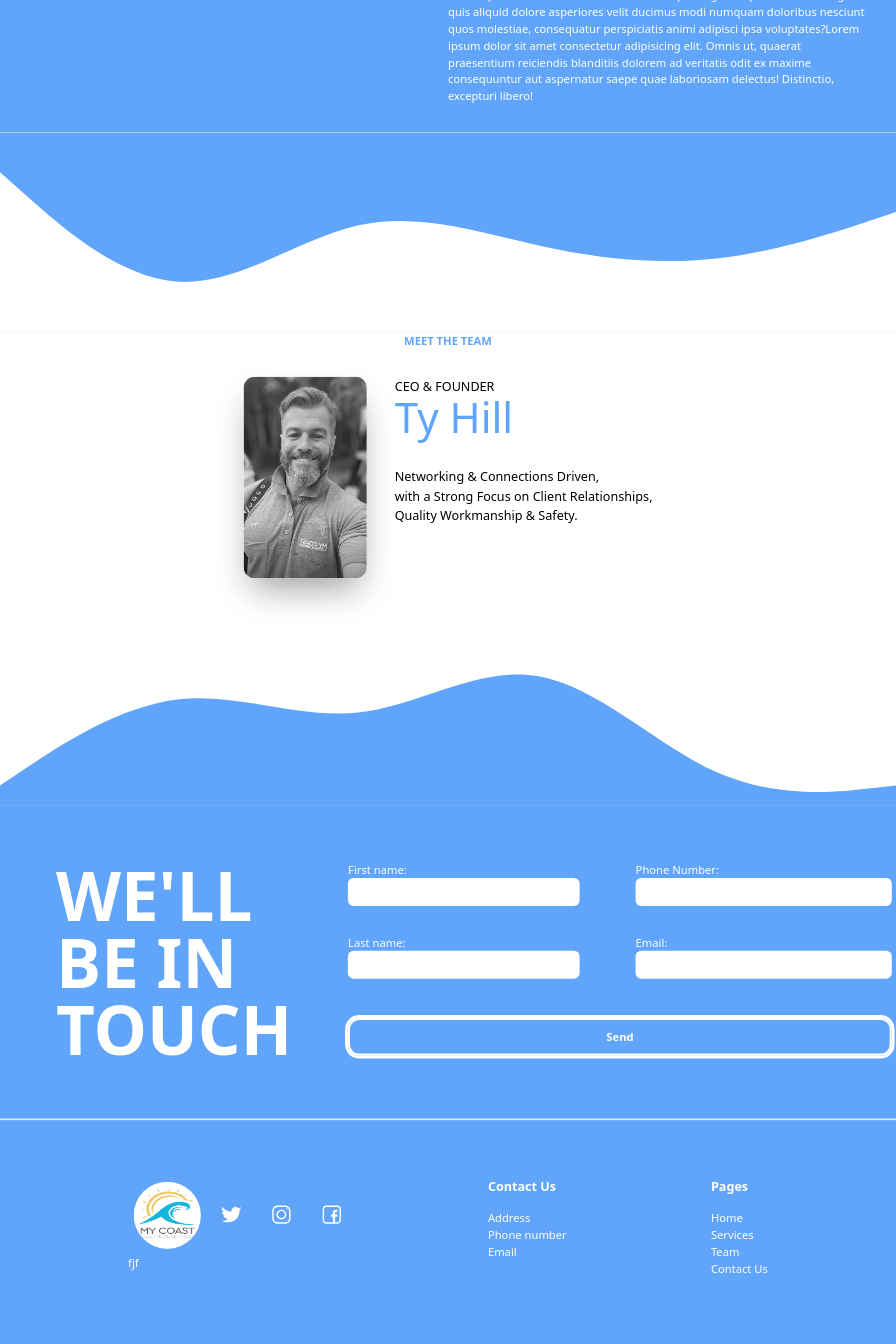
Repository: Jace-Kington/mce-website
Page: /
The author's editor kept a copy of each file at every save. The page is drawn from the files as they stood at one save, then again after the next save.
The browser window is 1280 px wide. The pictures show the part of the page from y = 983 to 2903 px (the page is 2903 px tall), at 70% of full size.
The project was rebuilt for these pictures with package versions that can differ from the ones it lists, and the page was loaded fresh each time. The framework's server and built-in components were replaced by stand-ins that run in the browser. Also part of the build but not shown: next.config.js.

Above is the page before, as saved 2022-11-12 13:09:42.

### pages/index.js

import Navbar from '../components/Navbar'
import Services from '../components/Services'
import MeetUs from '../components/Meet-us'
import ContactUs from '../components/ContactUs'
import Footer from '../components/Footer'

export default function Home() {
  return (
    <div>
      <head>
        <link rel="preconnect" href="https://fonts.googleapis.com"/>
        <link rel="preconnect" href="https://fonts.gstatic.com" crossorigin/>
        <link href="https://fonts.googleapis.com/css2?family=Rubik:ital,wght@0,400;0,500;0,700;0,900;1,800;1,900&display=swap" rel="stylesheet"/>
        <meta name="viewport" content="width=device-width, initial-scale=1.0" />
      </head>
      <Navbar/>
      <Services/>
      <MeetUs/>
      <ContactUs/>
      <Footer/>
    </div>
  )
}

### components/Navbar.jsx
import React from 'react'
import Image from 'next/image'
import image_2 from '../assets/logo-1.png'

const Navbar = () => {
  return (
    <div className=''>
      <head>
      </head>
      <div className='flex justify-between items-center ml-5 mr-5'>
        <Image alt = "" src={image_2} className='rounded-full p-2 h-28 w-28' />

        <div className='flex gap-10 items-center'>
          <a className='hover:text-blue-400 transition ease-in' href='#services-section'>
            Services
          </a>

          <a className='hover:text-blue-400 transition ease-in ' href="#meet-us">
            Team
          </a>

          <div className=''>
            <a className='bg-blue-400 hover:bg-blue-500 transition ease-in rounded-2xl p-3' href="#contact-us">
              <span className='text-white'>Enquire Now</span>
            </a>
          </div>

        </div>
      </div>

      <div className='text-center text-blue-400 mt-12'>
        <div className='text-7xl'>
          The Best <strong>Trade Services</strong>
        </div>
        <div className='text-7xl'>
          On the Sunny Coast
        </div>

        <div className='outline-rounded mt-20 bg-white'>
          <a className='rounded-2xl hover:bg-blue-400 hover:text-white transition shadow-md shadow-blue-400 hover:shadow-lg hover:shadow-blue-400 p-5' href="#contact-us">
            Get Started
          </a>
        </div>
      </div>

      <svg xmlns="http://www.w3.org/2000/svg" viewBox="0 0 1440 320"><path fill="#60a5fa" fill-opacity="1" d="M0,192L48,186.7C96,181,192,171,288,160C384,149,480,139,576,144C672,149,768,171,864,197.3C960,224,1056,256,1152,261.3C1248,267,1344,245,1392,234.7L1440,224L1440,320L1392,320C1344,320,1248,320,1152,320C1056,320,960,320,864,320C768,320,672,320,576,320C480,320,384,320,288,320C192,320,96,320,48,320L0,320Z"></path></svg>
    </div>
  )
}

export default Navbar

### components/Services.tsx
import React from 'react'

const Services = () => {
  return (
    <div id = 'services-section' className = 'bg-blue-400'>
        <div className = 'text-white text-center font-semibold text-lg uppercase underline-offset-1'>Our Services</div>
        <div className = 'grid grid-cols-2 m-10'>
            <div className = ''>
                <div className = 'text-white text-6xl font-bold'>Commercial</div>
                <div className = 'text-white text-lg'>Lorem ipsum dolor sit, amet consectetur adipisicing elit. Eaque culpa at enim rem deleniti, doloribus veritatis iusto reiciendis totam cum aliquid tempore adipisci. </div>
            </div>
            <div className = ''>

            </div>
            <div>

            </div>
            <div>
                <div className = 'text-white text-6xl font-bold'>Residential</div>
                <div className = 'text-white'>Lorem ipsum dolor sit amet consectetur adipisicing elit. Aperiam sit, est fugiat quis aliquid dolore asperiores velit ducimus modi numquam doloribus nesciunt quos molestiae, consequatur perspiciatis animi adipisci ipsa voluptates?Lorem ipsum dolor sit amet consectetur adipisicing elit. Omnis ut, quaerat praesentium reiciendis blanditiis dolorem ad veritatis odit ex maxime consequuntur aut aspernatur saepe quae laboriosam delectus! Distinctio, excepturi libero!</div>
            </div>
        </div>
        <svg className = 'bg-white' xmlns="http://www.w3.org/2000/svg" viewBox="0 0 1440 320">
        <path fill="#60a5fa" fill-opacity="1" d="M0,64L48,106.7C96,149,192,235,288,240C384,245,480,171,576,149.3C672,128,768,160,864,181.3C960,203,1056,213,1152,202.7C1248,192,1344,160,1392,144L1440,128L1440,0L1392,0C1344,0,1248,0,1152,0C1056,0,960,0,864,0C768,0,672,0,576,0C480,0,384,0,288,0C192,0,96,0,48,0L0,0Z"></path>
        </svg>
    </div>
  )
}

export default Services

### components/Meet-us.tsx
import React from 'react'
import Image from 'next/image'
import image_2 from '../assets/ty-photo.png'


const MeetUs = () => {
  return (
    <div id = "meet-us" className = 'max-w-[100%]'>
        <div className = 'text-blue-400 uppercase font-semibold text-center'>Meet the Team</div>

        <div className = 'justify-center flex gap-10 m-10'>
            <div>
              <Image alt = "" className = 'rounded-2xl shadow-2xl shadow-blue-400 grayscale h-72 w-44' src = {image_2}/>
            </div>
            <div>
                <div className = 'uppercase text-lg'>CEO & Founder</div>
                <div className = 'text-6xl text-blue-400 pb-10'>Ty Hill</div>
                <div className = 'text-lg'>
                  <div className = ''>Networking & Connections Driven, </div>
                  <div>with a Strong Focus on Client Relationships,</div>
                  <div>Quality Workmanship & Safety.</div>
                </div>

            </div>
        </div>

        <svg xmlns="http://www.w3.org/2000/svg" viewBox="0 0 1440 320"><path fill="#60a5fa" fill-opacity="1" d="M0,288L48,256C96,224,192,160,288,149.3C384,139,480,181,576,170.7C672,160,768,96,864,112C960,128,1056,224,1152,266.7C1248,309,1344,299,1392,293.3L1440,288L1440,320L1392,320C1344,320,1248,320,1152,320C1056,320,960,320,864,320C768,320,672,320,576,320C480,320,384,320,288,320C192,320,96,320,48,320L0,320Z"></path></svg>
    </div>
  )
}

export default MeetUs

### components/ContactUs.jsx
import React, { useRef } from 'react'
import emailjs from '@emailjs/browser'
import { ToastContainer, toast } from 'react-toastify'
import 'react-toastify/dist/ReactToastify.css'

const ContactUs = () => {
  return (
    <div id = "contact-us" className = 'bg-blue-400'>
        <div className = 'flex'>
          <div className = 'text-white uppercase font-semibold p-20 text-8xl'>
              <div>We&apos;ll</div>
              <div>Be In</div>
              <div>Touch</div>
          </div>
          <form  className = 'pt-20'>
            <div className = 'flex gap-20 '>
              <div className = 'flex flex-col gap-10'>
                <div>
                  <label className = 'text-white' for="fname">First name:</label>
                  <input className = 'rounded-lg p-2 outline-1 outline-white w-full' type="text" id="fname" name="fname"/>
                </div>
                <div>
                  <label className = 'text-white' for="lname">Last name:</label>
                  <input className = 'rounded-lg p-2 outline-1 outline-white w-full' type="text" id="lname" name="lname"/>
                </div>
              </div>
              <div>
              <div className = 'flex flex-col gap-10'>
                <div>
                  <label className = 'text-white' for="phonenumber">Phone Number:</label>
                  <input className = 'rounded-lg p-2 outline-1 outline-white w-full' type="text" id="phonenumber" name="phonenumber"/>
                </div>
                <div>
                  <label className = 'text-white' for="email">Email:</label>
                  <input className = 'rounded-lg p-2 outline-1 outline-white w-full' type="text" id="email" name="email"/>
                </div>
              </div>
              </div>
            </div>

            <div>
              <button style = {{'border-width': '3px', 'border-color': 'white'}} className = 'text-center w-full p-3 rounded-2xl font-semibold hover:text-blue-400 text-white transition ease-in bg-blue-400 outline outline-4 outline-white hover:bg-white mt-14'>Send</button>
              <ToastContainer
  position="top-right"
  autoClose={5000}
  hideProgressBar={true}
  newestOnTop={false}
  closeOnClick
  rtl={false}
  pauseOnFocusLoss
  draggable
  pauseOnHover
  toastStyle = {{'background-color': 'rgb(34 197 94)', 'color': 'white', 'border-radius': '1rem', 'padding': '15px'}}
  />
            </div>
          </form>
        </div>
      </div>
  )
}

export default ContactUs

### components/Footer.tsx
import React from 'react'
import image_2 from '../assets/logo-1.png'
import Image from 'next/image'

const Footer = () => {
  return (
    <div className = 'border-t-2 border-gray pb-4 bg-blue-400'>
        <div className = 'flex justify-around text-white p-20'>
            <div className = ''>
                <div className = 'flex items-center gap-5'>
                <Image alt = "" src= {image_2} className = 'items-start rounded-full p-2 h-28 w-28'/>

                <div className = 'flex gap-10 text-white'>
                    <svg fill="#fff" xmlns="http://www.w3.org/2000/svg"  viewBox="0 0 16 16" width="32px" height="32px"><path d="M 15 3.296875 C 14.476563 3.523438 13.949219 3.691406 13.367188 3.746094 C 13.949219 3.410156 14.417969 2.84375 14.648438 2.226563 C 14.066406 2.5625 13.484375 2.789063 12.84375 2.902344 C 12.257813 2.339844 11.5 2 10.683594 2 C 9.109375 2 7.824219 3.242188 7.824219 4.765625 C 7.824219 4.988281 7.824219 5.214844 7.882813 5.386719 C 4.875 5.386719 2.8125 3.691406 1.414063 2 C 1.121094 2.394531 1.003906 2.902344 1.003906 3.410156 C 1.003906 4.367188 1.53125 5.214844 2.289063 5.722656 C 1.820313 5.667969 1.355469 5.554688 1.003906 5.386719 C 1.003906 5.386719 1.003906 5.386719 1.003906 5.441406 C 1.003906 6.796875 1.996094 7.921875 3.28125 8.148438 C 3.046875 8.203125 2.8125 8.261719 2.519531 8.261719 C 2.347656 8.261719 2.171875 8.261719 1.996094 8.207031 C 2.347656 9.335938 3.976563 10.632813 5.257813 10.632813 C 4.265625 11.363281 3.34375 12 1.5 12 C 1.265625 12 1.453125 12 1 12 C 2.28125 12.789063 3.800781 13 5.375 13 C 10.683594 13 13.542969 8.769531 13.542969 5.101563 C 13.542969 4.988281 13.542969 4.878906 13.542969 4.765625 C 14.125 4.367188 14.59375 3.863281 15 3.296875"/></svg>
                    <svg fill="#fff" xmlns="http://www.w3.org/2000/svg"  viewBox="0 0 16 16" width="32px" height="32px"><path d="M 4.773438 1 C 2.695313 1 1 2.695313 1 4.773438 L 1 10.230469 C 1 12.304688 2.695313 14 4.773438 14 L 10.230469 14 C 12.304688 14 14 12.304688 14 10.226563 L 14 4.773438 C 14 2.695313 12.304688 1 10.226563 1 Z M 4.773438 2 L 10.226563 2 C 11.765625 2 13 3.234375 13 4.773438 L 13 10.226563 C 13 11.765625 11.765625 13 10.230469 13 L 4.773438 13 C 3.234375 13 2 11.765625 2 10.230469 L 2 4.773438 C 2 3.234375 3.234375 2 4.773438 2 Z M 11.5 3 C 11.222656 3 11 3.222656 11 3.5 C 11 3.777344 11.222656 4 11.5 4 C 11.777344 4 12 3.777344 12 3.5 C 12 3.222656 11.777344 3 11.5 3 Z M 7.5 4 C 5.574219 4 4 5.574219 4 7.5 C 4 9.425781 5.574219 11 7.5 11 C 9.425781 11 11 9.425781 11 7.5 C 11 5.574219 9.425781 4 7.5 4 Z M 7.5 5 C 8.886719 5 10 6.113281 10 7.5 C 10 8.886719 8.886719 10 7.5 10 C 6.113281 10 5 8.886719 5 7.5 C 5 6.113281 6.113281 5 7.5 5 Z"/></svg>
                    <svg fill="#fff" xmlns="http://www.w3.org/2000/svg"  viewBox="0 0 16 16" width="32px" height="32px"><path d="M 3.5 1 C 2.1250151 1 1 2.1250151 1 3.5 L 1 11.5 C 1 12.874985 2.1250151 14 3.5 14 L 11.5 14 C 12.874985 14 14 12.874985 14 11.5 L 14 3.5 C 14 2.1250151 12.874985 1 11.5 1 L 3.5 1 z M 3.5 2 L 11.5 2 C 12.335015 2 13 2.6649849 13 3.5 L 13 11.5 C 13 12.335015 12.335015 13 11.5 13 L 9.9042969 13 L 9.9042969 8.9667969 L 11.300781 8.9667969 L 11.509766 7.3574219 L 9.9042969 7.3574219 L 9.9042969 6.3320312 C 9.9042969 5.8660312 10.034031 5.5488281 10.707031 5.5488281 L 11.566406 5.5488281 L 11.566406 4.109375 C 11.417406 4.089375 10.907453 4.046875 10.314453 4.046875 C 9.0764531 4.046875 8.2304688 4.795875 8.2304688 6.171875 L 8.2304688 7.3574219 L 7 7.3535156 L 7 8.9628906 L 8.2304688 8.9667969 L 8.2304688 13 L 3.5 13 C 2.6649849 13 2 12.335015 2 11.5 L 2 3.5 C 2 2.6649849 2.6649849 2 3.5 2 z"/></svg>
                </div>
                </div>


                <div className = ''>
                    <div>fjf</div>
                </div>
            </div>

            <div className = ''>
                <div className = 'text-lg font-bold pb-5'>
                    Contact Us
                </div>
                <div>
                    Address
                </div>
                <div>
                    Phone number
                </div>
                <div>
                    Email
                </div>
            </div>

            <div>
                <div className = 'text-lg font-bold pb-5'>
                    Pages
                </div>

                <div>
                    Home
                </div>
                <div>
                    Services
                </div>
                <div>
                    Team
                </div>
                <div>
                    Contact Us
                </div>
            </div>
        </div>
    </div>
  )
}

export default Footer

Loaded but not shown: pages/_app.js (common file); styles/globals.css (common file); tailwind.config.js (common file)

After the next save:
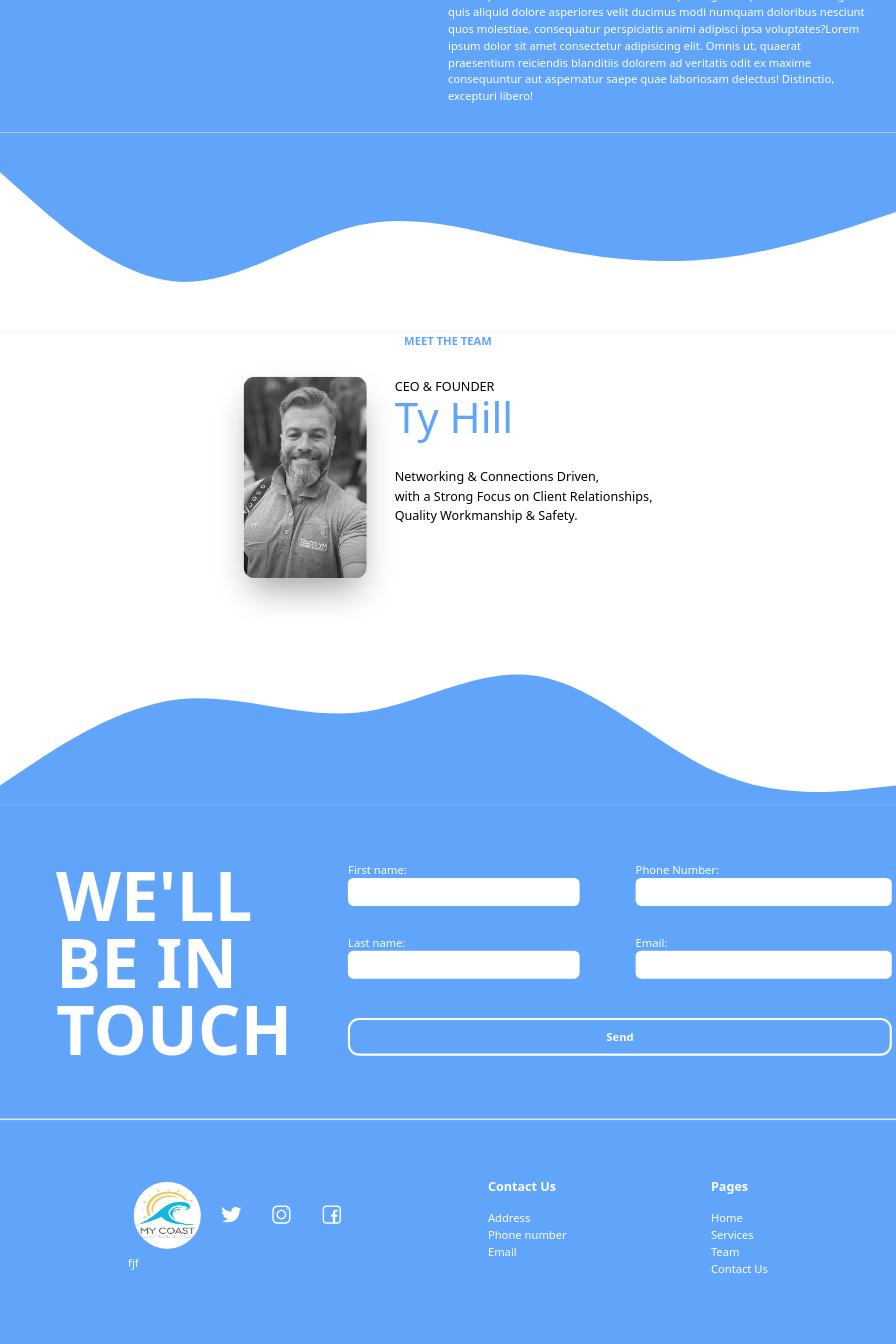
Saved 10 s later.
--- a/components/ContactUs.jsx
+++ b/components/ContactUs.jsx
@@ -39,7 +39,7 @@ const ContactUs = () => {
             </div>
 
             <div>
-              <button style = {{'border-width': '3px', 'border-color': 'white'}} className = 'text-center w-full p-3 rounded-2xl font-semibold hover:text-blue-400 text-white transition ease-in bg-blue-400 outline outline-4 outline-white hover:bg-white mt-14'>Send</button>
+              <button style = {{'border-width': '3px', 'border-color': 'white'}} className = 'text-center w-full p-3 rounded-2xl font-semibold hover:text-blue-400 text-white transition ease-in bg-blue-400 hover:bg-white mt-14'>Send</button>
               <ToastContainer
   position="top-right"
   autoClose={5000}
